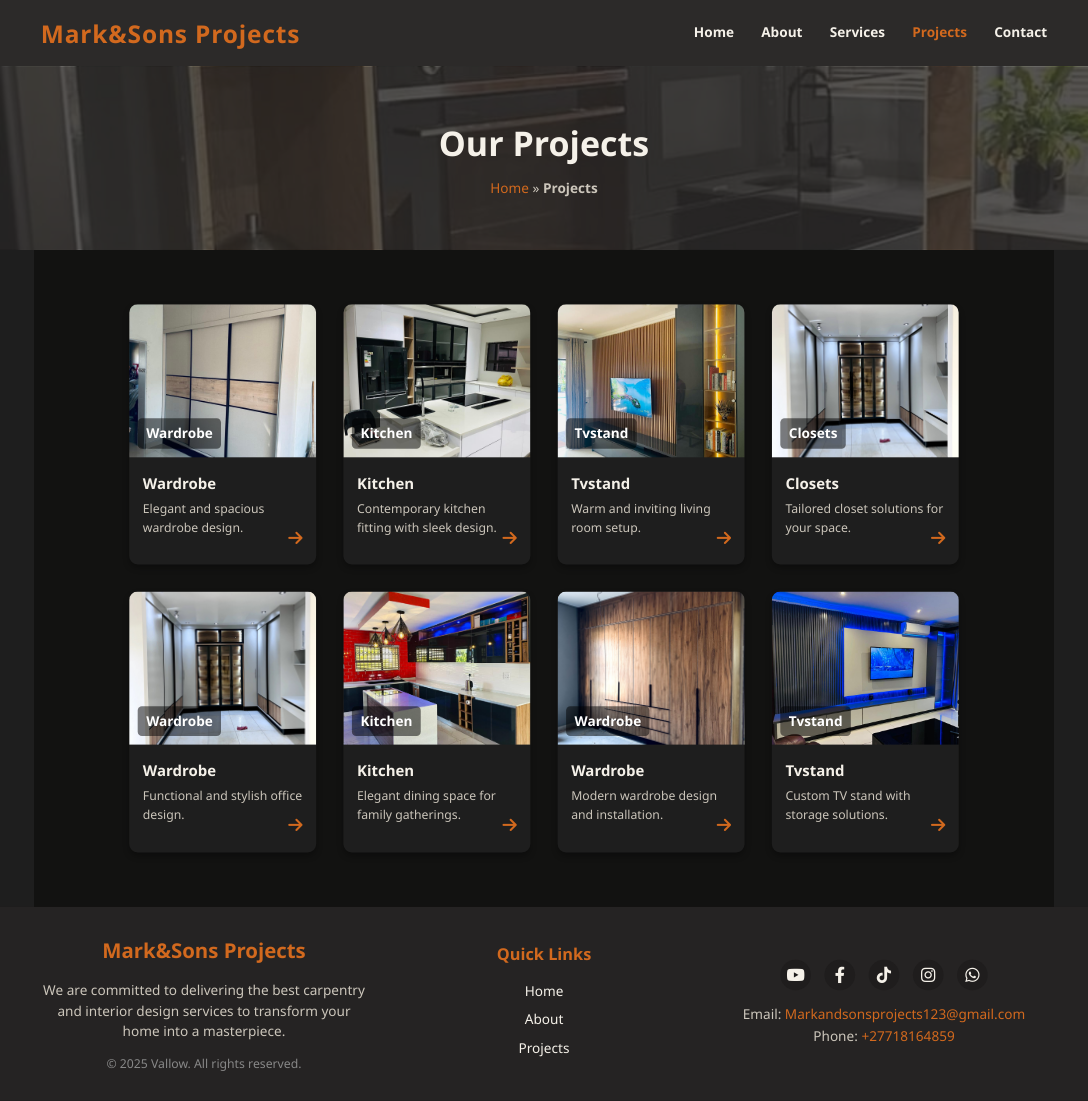
Repository: VallowEvido/Mark-SonsProjects
Page: projects.html
The author's editor kept a copy of each file at every save. The page is drawn from the files as they stood at one save, then again after a run of saves.
The browser window is 1280 px wide. The pictures show the whole page, at 85% of full size.

Above is the page before, as saved 2025-07-21 16:36:07.

### projects.html
<!DOCTYPE html>
<html lang="en">
<head>
  <meta charset="UTF-8" />
  <meta name="viewport" content="width=device-width, initial-scale=1" />
  <title>Our Projects - Carpentry</title>
  <link rel="stylesheet" href="styles.css" />
  <link rel="stylesheet" href="https://cdnjs.cloudflare.com/ajax/libs/font-awesome/6.4.0/css/all.min.css" />
  <style>
    /* Lightbox styles */
    #lightboxOverlay {
      position: fixed;
      top: 0;
      left: 0;
      width: 100vw;
      height: 100vh;
      background-color: rgba(0,0,0,0.8);
      display: none;
      justify-content: center;
      align-items: center;
      z-index: 10000;
    }
    #lightboxOverlay img {
      max-width: 90%;
      max-height: 90%;
      border-radius: 10px;
      box-shadow: 0 0 20px #d2691e;
    }
    #lightboxOverlay .close-btn {
      position: absolute;
      top: 20px;
      right: 30px;
      font-size: 2rem;
      color: #fff;
      cursor: pointer;
      user-select: none;
    }
  </style>
</head>
<body>
  <nav>
    <div class="logo">Mark&Sons Projects</div>
    <ul>
      <li><a href="home.html">Home</a></li>
      <li><a href="about.html">About</a></li>
      <li><a href="services.html">Services</a></li>
      <li><a href="projects.html" class="active">Projects</a></li>
      <li><a href="contact.html">Contact</a></li>
    </ul>
  </nav>

  <section class="projects-hero">
    <div class="projects-hero-content">
      <h1>Our Projects</h1>
      <p><a href="home.html">Home</a> &raquo; <strong>Projects</strong></p>
    </div>
  </section>

  <section class="projects-main">
    <div class="projects-grid">
      <div class="project-card">
        <div class="project-image-container" style="position: relative;">
          <img src="images/wardrobe/IMG-20250712-WA0010.jpg" alt="Wardrobe" class="lightbox-trigger" />
          <div class="project-image-text" style="position: absolute; bottom: 10px; left: 10px; color: white; background-color: rgba(0,0,0,0.5); padding: 5px 10px; border-radius: 5px; font-weight: 700;">Wardrobe</div>
        </div>
        <div class="project-info">
          <h3>Wardrobe</h3>
          <p>Elegant and spacious wardrobe design.</p>
          <a href="#" class="project-link"><i class="fas fa-arrow-right"></i></a>
        </div>
      </div>
      <div class="project-card">
        <div class="project-image-container" style="position: relative;">
          <img src="images/kitchen/IMG-20241116-WA0012.jpg" alt="Kitchen" class="lightbox-trigger" />
          <div class="project-image-text" style="position: absolute; bottom: 10px; left: 10px; color: white; background-color: rgba(0,0,0,0.5); padding: 5px 10px; border-radius: 5px; font-weight: 700;">Kitchen</div>
        </div>
        <div class="project-info">
          <h3>Kitchen</h3>
          <p>Contemporary kitchen fitting with sleek design.</p>
          <a href="#" class="project-link"><i class="fas fa-arrow-right"></i></a>
        </div>
      </div>
      <div class="project-card">
        <div class="project-image-container" style="position: relative;">
          <img src="images/tvstand/IMG-20240621-WA0041.jpg" alt="Tvstand" class="lightbox-trigger" />
          <div class="project-image-text" style="position: absolute; bottom: 10px; left: 10px; color: white; background-color: rgba(0,0,0,0.5); padding: 5px 10px; border-radius: 5px; font-weight: 700;">Tvstand</div>
        </div>
        <div class="project-info">
          <h3>Tvstand</h3>
          <p>Warm and inviting living room setup.</p>
          <a href="#" class="project-link"><i class="fas fa-arrow-right"></i></a>
        </div>
      </div>
      <div class="project-card">
        <div class="project-image-container" style="position: relative;">
          <img src="images/wardrobe/wed2.jpg" alt="Closets" class="lightbox-trigger" />
          <div class="project-image-text" style="position: absolute; bottom: 10px; left: 10px; color: white; background-color: rgba(0,0,0,0.5); padding: 5px 10px; border-radius: 5px; font-weight: 700;">Closets</div>
        </div>
        <div class="project-info">
          <h3>Closets</h3>
          <p>Tailored closet solutions for your space.</p>
          <a href="#" class="project-link"><i class="fas fa-arrow-right"></i></a>
        </div>
      </div>
      <div class="project-card">
        <div class="project-image-container" style="position: relative;">
          <img src="images/wardrobe/wed2.jpg" alt="Wardrobe" class="lightbox-trigger" />
          <div class="project-image-text" style="position: absolute; bottom: 10px; left: 10px; color: white; background-color: rgba(0,0,0,0.5); padding: 5px 10px; border-radius: 5px; font-weight: 700;">Wardrobe</div>
        </div>
        <div class="project-info">
          <h3>Wardrobe</h3>
          <p>Functional and stylish office design.</p>
          <a href="#" class="project-link"><i class="fas fa-arrow-right"></i></a>
        </div>
      </div>
      <div class="project-card">
        <div class="project-image-container" style="position: relative;">
          <img src="images/kitchen/IMG-20241116-WA0015.jpg" alt="Kitchen" class="lightbox-trigger" />
          <div class="project-image-text" style="position: absolute; bottom: 10px; left: 10px; color: white; background-color: rgba(0,0,0,0.5); padding: 5px 10px; border-radius: 5px; font-weight: 700;">Kitchen</div>
        </div>
        <div class="project-info">
          <h3>Kitchen</h3>
          <p>Elegant dining space for family gatherings.</p>
          <a href="#" class="project-link"><i class="fas fa-arrow-right"></i></a>
        </div>
      </div>
      <div class="project-card">
        <div class="project-image-container" style="position: relative;">
          <img src="images/wardrobe/IMG-20250706-WA0008.jpg" alt="Wardrobe" class="lightbox-trigger" />
          <div class="project-image-text" style="position: absolute; bottom: 10px; left: 10px; color: white; background-color: rgba(0,0,0,0.5); padding: 5px 10px; border-radius: 5px; font-weight: 700;">Wardrobe</div>
        </div>
        <div class="project-info">
          <h3>Wardrobe</h3>
          <p>Modern wardrobe design and installation.</p>
          <a href="#" class="project-link"><i class="fas fa-arrow-right"></i></a>
        </div>
      </div>
      <div class="project-card">
        <div class="project-image-container" style="position: relative;">
          <img src="images/tvstand/IMG-20250712-WA0015.jpg" alt="Tvstand" class="lightbox-trigger" />
          <div class="project-image-text" style="position: absolute; bottom: 10px; left: 10px; color: white; background-color: rgba(0,0,0,0.5); padding: 5px 10px; border-radius: 5px; font-weight: 700;">Tvstand</div>
        </div>
        <div class="project-info">
          <h3>Tvstand</h3>
          <p>Custom TV stand with storage solutions.</p>
          <a href="#" class="project-link"><i class="fas fa-arrow-right"></i></a>
        </div>
      </div>
    </div>
  </section>

  <footer class="site-footer">
    <div id="lightboxOverlay">
      <span class="close-btn" id="lightboxClose">&times;</span>
      <img id="lightboxImage" src="" alt="Expanded project image" />
    </div>
    <div class="footer-container">
      <div class="footer-left">
        <h3>Mark&Sons Projects</h3>
        <p>We are committed to delivering the best carpentry and interior design services to transform your home into a masterpiece.</p>
        <p class="rights">© 2025 Vallow. All rights reserved.</p>
      </div>
      <div class="footer-center">
        <h4>Quick Links</h4>
        <ul class="footer-links">
          <li><a href="home.html">Home</a></li>
          <li><a href="about.html">About</a></li>
          <li><a href="projects.html">Projects</a></li>
        </ul>
      </div>
      <div class="footer-right">
        <div class="social-icons">
          <a href="https://www.youtube.com/channel/UC0Jy5UPg4950wgbBKARIvhw" aria-label="YouTube" class="youtube"><i class="fab fa-youtube"></i></a>
          <a href="#" aria-label="Facebook" class="facebook"><i class="fab fa-facebook-f"></i></a>
          <a href="#" aria-label="TikTok" class="tiktok"><i class="fab fa-tiktok"></i></a>
          <a href="#" aria-label="Instagram" class="instagram"><i class="fab fa-instagram"></i></a>
          <a href="https://wa.me/27718164859" aria-label="WhatsApp" class="whatsapp"><i class="fab fa-whatsapp"></i></a>
        </div>
        <div class="contact-details">
          <p>Email: <a href="mailto:Markandsonsprojects123@gmail.com">Markandsonsprojects123@gmail.com</a></p>
          <p>Phone: <a href="tel:+27718164859">+27718164859</a></p>
        </div>
      </div>
    </div>
  </footer>

  <script>
    (function() {
      const lightboxOverlay = document.getElementById('lightboxOverlay');
      const lightboxImage = document.getElementById('lightboxImage');
      const lightboxClose = document.getElementById('lightboxClose');
      const triggers = document.querySelectorAll('.lightbox-trigger');

      triggers.forEach(trigger => {
        trigger.addEventListener('click', function() {
          lightboxImage.src = this.src;
          lightboxOverlay.style.display = 'flex';
        });
      });

      lightboxClose.addEventListener('click', function() {
        lightboxOverlay.style.display = 'none';
        lightboxImage.src = '';
      });

      lightboxOverlay.addEventListener('click', function(e) {
        if (e.target === lightboxOverlay) {
          lightboxOverlay.style.display = 'none';
          lightboxImage.src = '';
        }
      });
    })();
  </script>
</body>
</html>

Loaded but not shown: styles.css (1719 lines, source omitted)

After the next 5 saves:
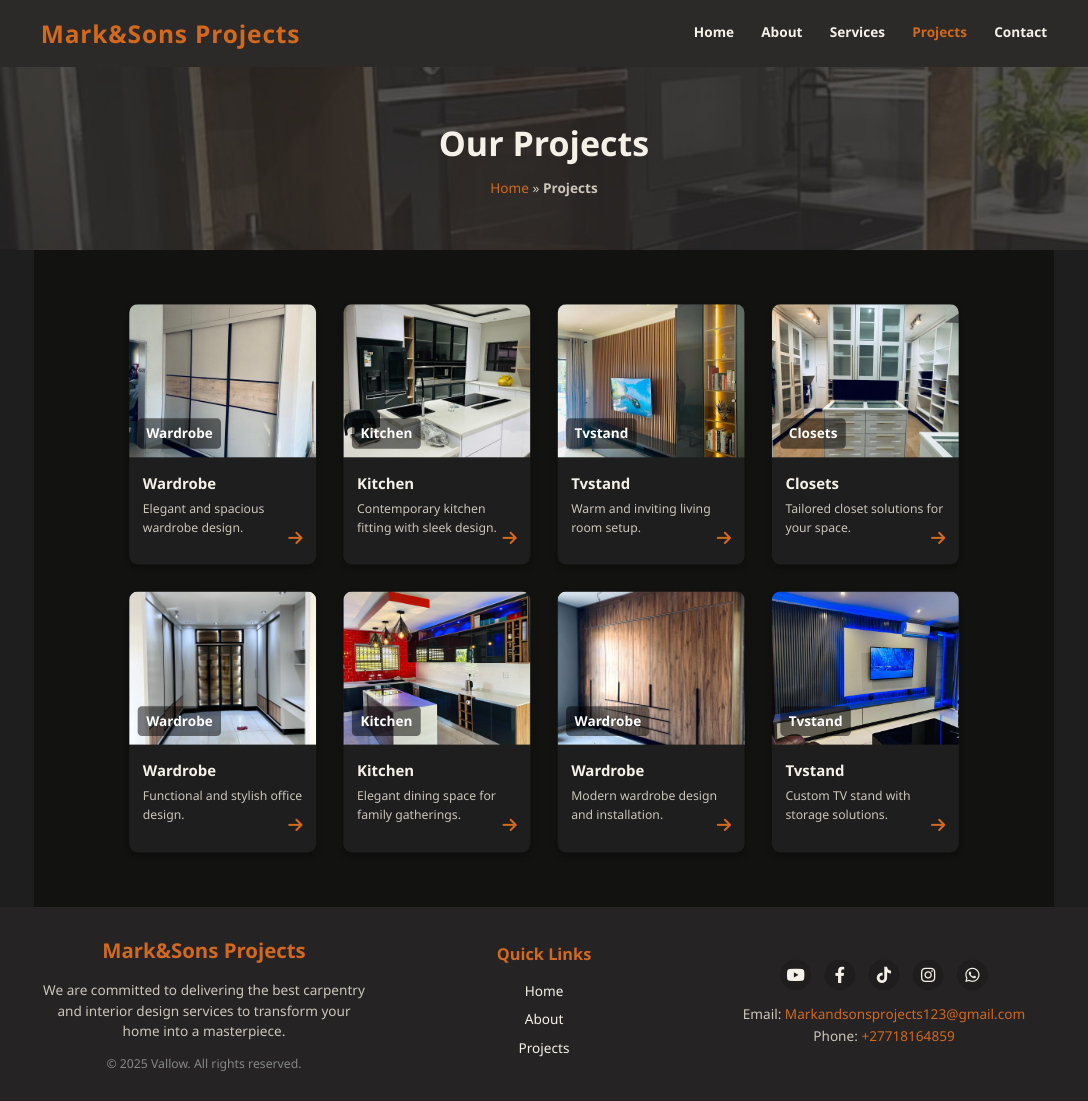
The 5 saves are shown as one change because they came seconds apart.
The last was saved 80 s later.
--- a/projects.html
+++ b/projects.html
@@ -93,7 +93,7 @@
       </div>
       <div class="project-card">
         <div class="project-image-container" style="position: relative;">
-          <img src="images/wardrobe/wed2.jpg" alt="Closets" class="lightbox-trigger" />
+          <img src="images/wardrobe/IMG-20250712-WA0008.jpg" alt="Closets" class="lightbox-trigger" />
           <div class="project-image-text" style="position: absolute; bottom: 10px; left: 10px; color: white; background-color: rgba(0,0,0,0.5); padding: 5px 10px; border-radius: 5px; font-weight: 700;">Closets</div>
         </div>
         <div class="project-info">
